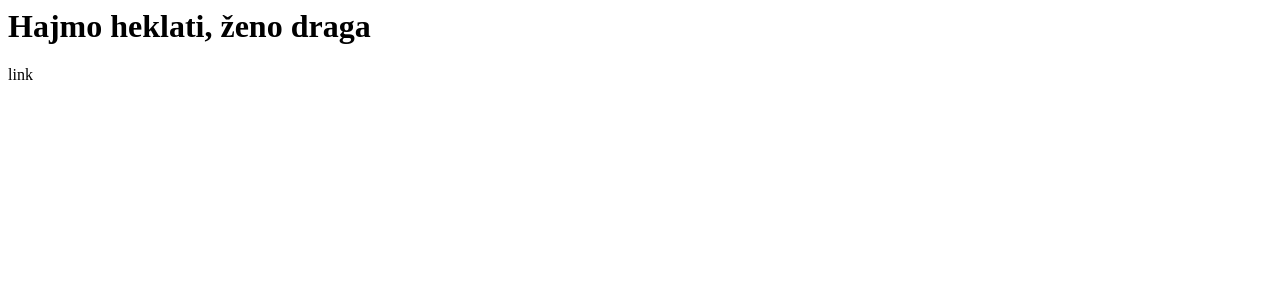
Repository: sdnc/Heklamo
Page: index.html
These files come from the project's save history. The page is drawn as it stood at one moment and after the next save; the edit follows.
The browser window is 1280 px wide. The pictures show the whole page.

Above is the page before, as saved 2020-12-18 14:02:27.

After the next save:
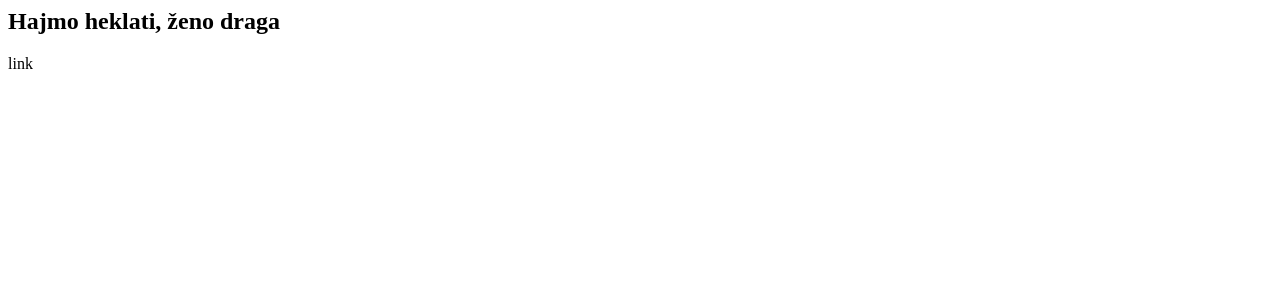
Saved 2 days later.
--- a/index.html
+++ b/index.html
@@ -12,10 +12,18 @@
   <script src="app.js" defer></script>
 </head>
 <body>
+    <!--1) -->
+<section id="sets">
     <h1>Hajmo heklati, ženo draga</h1>
     <nav>link</nav>
-    <div id="sets"></div>
-    <div id="inspiration"></div>
-    <div id="buy"></div>
+</section>
+
+<section id="inspiration">
+
+</section>
+
+<section id="buy">
+
+</section>
 </body>
 </html>
